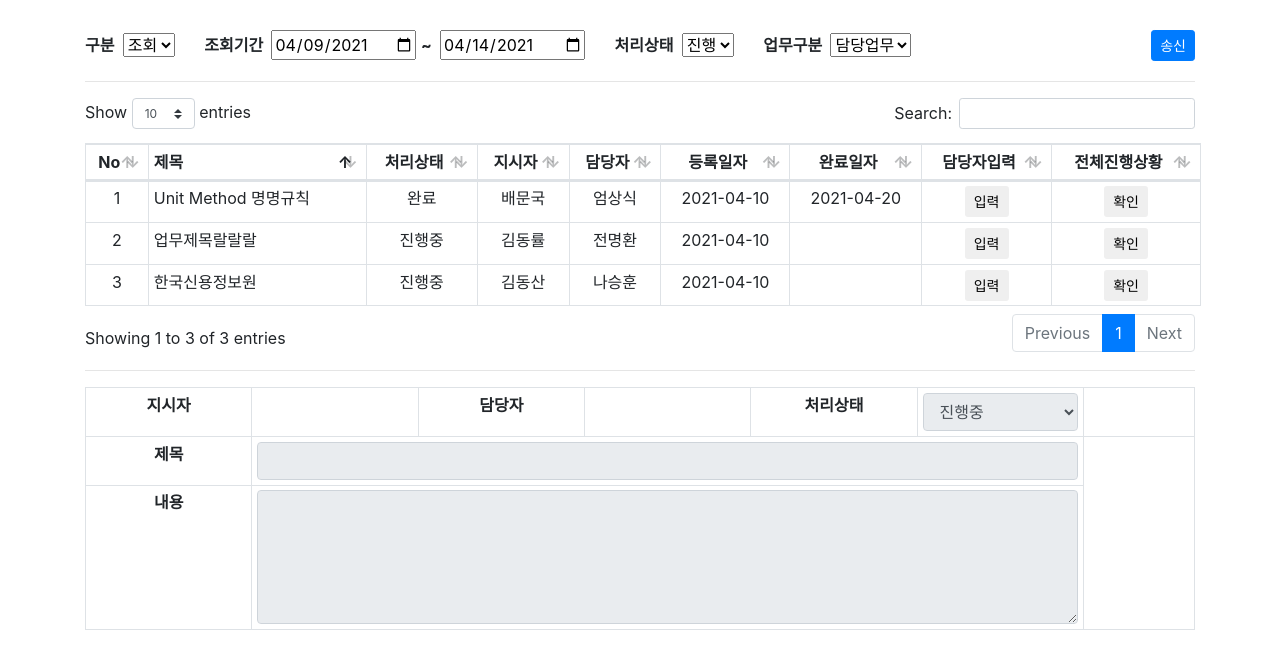
Repository: jungtaeyong/FSB_Project
Page: http://localhost/FsbJobMgt/main.jsp
These files come from the project's save history. The page is drawn as it stood at one moment and after the next save; the edit follows.
The browser window is 1280 px wide. The pictures show the whole page.
The page is served by Tomcat 9.

Above is the page before, as saved 2021-04-15 08:55:17.

### FsbJobMgt/WebContent/main.jsp
<%@ page language="java" contentType="text/html; charset=EUC-KR" pageEncoding="EUC-KR"%>
<%@ include file="/modal1_Adding.jsp" %>

<!DOCTYPE html PUBLIC "-//W3C//DTD HTML 4.01 Transitional//EN" "http://www.w3.org/TR/html4/loose.dtd">
<html>
<head>
<meta http-equiv="Content-Type" content="text/html; charset=EUC-KR">
<title>업무 관리</title>
</head>
<body>
<!-- jquery  -->
<script type="text/javascript" src="js/jquery-3.6.0.min.js"></script>

<!-- bootstrap -->
<link rel="stylesheet" type="text/css" href="lib/Bootstrap-4-4.1.1/css/bootstrap.min.css"/>
<script type="text/javascript" src="lib/Bootstrap-4-4.1.1/js/bootstrap.min.js"></script>

<!-- datatables -->
<link rel="stylesheet" type="text/css" href="lib/DataTables-1.10.24/css/dataTables.bootstrap4.min.css"/>
<script type="text/javascript" src="lib/DataTables-1.10.24/js/jquery.dataTables.min.js"></script>
<script type="text/javascript" src="lib/DataTables-1.10.24/js/dataTables.bootstrap4.min.js"></script>
<script>
$(document).ready(function() {
	/* 초기 조회 조건 세팅 */
	$('#REQUEST_TYPE').val('1'); //구분
	$('#BZWR_STS').val('01'); //처리상태
	$('#BZWR_DSTC').val('2'); //업무구분

	let befor7days= new Date();
	befor7days.setDate(befor7days.getDate()-5);
	document.getElementById('FROM_DATE').valueAsDate = befor7days; //FROM_DATE
	document.getElementById('TO_DATE').valueAsDate = new Date(); //TO_DATE

	/* 테이블 초기 로딩 */
	setTable();

	/* 송신버튼 */
	$('#action_submit').click(function(){
		let dvcd = $('#REQUEST_TYPE').val();
		if(dvcd=='1'){
			alert('조회');
			setTable();
		}else if(dvcd=='2'){
			alert('등록');
			createNewJob();
		}else if(dvcd=='3'){
			alert('변경');
			updateJob();
		}
	});

	/* 구분 변경 이벤트 처리 */
	$('#REQUEST_TYPE').change(function() {
		let dvcd = $('#REQUEST_TYPE').val();
		if(dvcd=='1'){
			$('#BZWR_EXC_CHGR_BTN').hide();
			$('#BZWR_STS_2').attr("disabled",true);
			$('#BZWR_TTL').attr("disabled",true);
			$('#BZWR_CNTN').attr("disabled",true);
		}else if(dvcd=='2'){
			$('#BZWR_INDC_CHGR').text('로그인 유저');
			$('#BZWR_EXC_CHGR').text('');
			$('#BZWR_EXC_CHGR_BTN').show();
			$('#BZWR_STS_2').attr("disabled",true);
			$('#BZWR_TTL').val("");
			$('#BZWR_CNTN').val("");
			$('#BZWR_TTL').removeAttr("disabled");
			$('#BZWR_CNTN').removeAttr("disabled");
		}else if(dvcd=='3'){
			$('#BZWR_EXC_CHGR_BTN').show();
			$('#BZWR_STS_2').removeAttr("disabled");
			$('#BZWR_TTL').removeAttr("disabled");
			$('#BZWR_CNTN').removeAttr("disabled");
			alert('변경할 데이터를 선택해주세요.');
		}
	});

} );

/* 테이블 데이터 로딩 및 기능 세팅 */
function setTable(){
	/* 테이블 데이터 로딩 */
	let jobList = $('#job_list').DataTable( {
        ajax : {
        	url : 'lib/testJson2.json',
        	data : {
        		REQUEST_TYPE:$('#REQUEST_TYPE').val(),
        		FROM_DATE:$('#FROM_DATE').val(),
        		TO_DATE:$('#TO_DATE').val(),
        		BZWR_STS:$('#BZWR_STS').val(),
        		BZWR_DSTC:$('#BZWR_DSTC').val()
        	}
        },
        columns : [
			{data: null },
			{data: "BZWR_TTL" },
            {data: "BZWR_STS", render : function ( data, type, row, meta ) {
            	if(data=="01"){
            		return '진행중';
            	}else if(data=="02"){
            		return '완료';
            	}
            }},
            {data: "BZWR_INDC_CHGR_TXT" },
            {data: "BZWR_EXC_CHGR_TXT" },
            {data: "BZWR_REG_DT" },
            {data: "BZWR_CMPL_DT" },
            {data: null , render : function ( data, type, row, meta ) {
                return '<button name="first_btn" class="btn btn-sm btn-default">입력</button>'
            }},
            {data: null , render : function ( data, type, row, meta ) {
                return '<button name="second_btn" class="btn btn-sm btn-default">확인</button>'
            }}
        ],
        columnDefs: [{ className: 'text-center', targets: [0,2,3,4,5,6,7,8] }],
        order: [[ 1, 'asc' ]]
    } );

	/* 테이블 Index 생성을 위한 함수 */
	jobList.on( 'order.dt search.dt', function () {
		jobList.column(0, {search:'applied', order:'applied'}).nodes().each( function (cell, i) {
            cell.innerHTML = i+1;
        } );
    } ).draw();

	/* 테이블 클릭 이벤트  -> 클릭한 row에 해당하는 데이터를 상세 정보에 보여줌*/
	$('#job_list tbody').on('click', 'td:nth-child(-n+7)', function () {
		let data = jobList.row( this ).data();
        console.log('Table Click Event',data);

		if($('#REQUEST_TYPE').val()!='2'){ //"구분-등록" 상태면 반응 없음.
	        $('#BZWR_INDC_CHGR').text(data.BZWR_INDC_CHGR_TXT); //지시자
	        $('#BZWR_EXC_CHGR').text(data.BZWR_EXC_CHGR_TXT); //담당자
	        $('#BZWR_STS_2').val(data.BZWR_STS); //처리상태(업무상태)
	        $('#BZWR_TTL').val(data.BZWR_TTL); //제목
	        $('#BZWR_CNTN').val(data.BZWR_CNTN); //내용
	        if($('#REQUEST_TYPE').val()=='1' || data.BZWR_STS=='02'){
	        	$('#BZWR_EXC_CHGR_BTN').hide();
				$('#BZWR_STS_2').attr("disabled",true);
				$('#BZWR_TTL').attr("disabled",true);
				$('#BZWR_CNTN').attr("disabled",true);
	        }else{
	        	$('#BZWR_EXC_CHGR_BTN').show();
				$('#BZWR_STS_2').removeAttr("disabled");
				$('#BZWR_TTL').removeAttr("disabled");
				$('#BZWR_CNTN').removeAttr("disabled");
	        }
		}
    } );

	/* 선택된  row 하이라이트 */
	$('#job_list tbody').on('click', 'tr', function() {
		$('#job_list tbody > tr').css('background-color','#ffffff');
		$(this).css('background-color','#f0f5f5');
	});

	/* 테이블 버튼 이벤트(담당자입력) */
	$('#job_list tbody').on( 'click', 'button[name="first_btn"]', function () {
        let data = jobList.row( $(this).parents('tr') ).data();
		//console.log("First Button",data);
		setData(data); //모달 페이지로 데이터를 전달하기 위한 함수
		$('#exampleModal').modal();
    } );

	/* 테이블 버튼 이벤트(전체진행상황) */
	$('#job_list tbody').on( 'click', 'button[name="second_btn"]', function () {
        let data = jobList.row( $(this).parents('tr') ).data();
		//console.log("Second Button",data);
        setData(data); //모달 페이지로 데이터를 전달하기 위한 함수
		$('#exampleModalCenter').modal();
    } );
}

/* 등록 */
function createNewJob(){
	$.ajax({
		url:'',
		dataType:'application/json',
		data : {
			REQUEST_TYPE:$('#REQUEST_TYPE').val(), //구분(조회,등록,변경)
			BZWR_DSTC:$('#BZWR_DSTC').val(), //업무구분
			BZWR_INDC_CHGR:'로그인 유저', //업무지시담당자
			BZWR_EXC_CHGR:'담당자', //업무수행담당자
			BZWR_STS:'1', //업무상태 (등록 시 진행으로 세팅)
			BZWR_TTL:$('#BZWR_TTL').val(), //업무제목
			BZWR_CNTN:$('#BZWR_CNTN').val() //업무내용
		},
		success:function(data){
			alert('등록 되었습니다.');
	   }
	})
}

/* 변경 */
function updateJob(){
	$.ajax({
		url:'',
		dataType:'application/json',
		data : {
			REQUEST_TYPE:$('#REQUEST_TYPE').val(), //구분(조회,등록,변경)
			BZWR_DSTC:$('#BZWR_DSTC').val(), //업무구분
			BZWR_EXC_CHGR:'담당자', //업무수행담당자
			BZWR_STS:$('#BZWR_STS_2').val(), //업무상태
			BZWR_TTL:$('#BZWR_TTL').val(), //업무제목
			BZWR_CNTN:$('#BZWR_CNTN').val() //업무내용
		},
		success:function(data){
			alert('변경 되었습니다.');
	   }
	})
}

</script>
<div class="container" style="margin-top:30px">
	<!-- 조회 조건 -->
	<div>
		<div>
			<label style="font-weight:bold;">구분&nbsp;</label>
			<select id="REQUEST_TYPE" style="margin-right:25px">
			    <option value="1">조회</option>
			    <option value="2">등록</option>
			    <option value="3">변경</option>
			</select>
			<label style="font-weight:bold">조회기간&nbsp;</label>
			<input type="date" id="FROM_DATE" style="width:145px" value=""/>
			<label style="font-weight:bold">~&nbsp;</label>
			<input type="date" id="TO_DATE" value=""  style="margin-right:25px;width:145px"/>
			<label style="font-weight:bold;">처리상태&nbsp;</label>
			<select id="BZWR_STS" style="margin-right:25px">
			    <option value="01">진행</option>
			    <option value="02">완료</option>
			    <option value="03">전체</option>
			</select>
			<label style="font-weight:bold;">업무구분&nbsp;</label>
			<select id="BZWR_DSTC">
			    <option value="1">지시업무</option>
			    <option value="2">담당업무</option>
			</select>
			<input type='button' id="action_submit" class="btn btn-sm btn-primary" style="float:right" value='송신'/>
		</div>
	</div>
	<hr/>
	<!-- 목록 -->
	<div>
		<table id="job_list" class="table table-sm table-bordered">
	        <thead>
	            <tr>
	            	<th>No</th>
	                <th>제목</th>
	                <th>처리상태</th>
	                <th>지시자</th>
	                <th>담당자</th>
	                <th>등록일자</th>
	                <th>완료일자</th>
	                <th>담당자입력</th>
	                <th>전체진행상황</th>
	            </tr>
	        </thead>
	    </table>
	</div>
	<hr/>
	<!-- 상세 -->
	<div>
		<table class="table table-sm table-bordered display" style="text-align:center">
			<tr>
				<th width="15%">지시자</th>
				<td id="BZWR_INDC_CHGR" width="15%"></td>
				<th width="15%">담당자</th>
				<td width="15%">
					<span id="BZWR_EXC_CHGR"></span>
					<button id="BZWR_EXC_CHGR_BTN" class="btn btn-sm btn-info" style="display:none">선택</button>
				</td>
				<th width="15%">처리상태</th>
				<td width="15%">
					<select id="BZWR_STS_2" class="form-control input-sm" disabled>
					    <option value="01">진행중</option>
					    <option value="02">완료</option>
					</select>
				</td>
				<td></td>
			</tr>
			<tr>
				<th>제목</th><td colspan="5"><input type="text" id="BZWR_TTL" class="form-control input-sm" disabled/></td>
			</tr>
			<tr>
				<th>내용</th><td colspan="5"><textarea ID="BZWR_CNTN" class="form-control input-sm" rows="5" disabled></textarea></td>
			</tr>
		</table>
	</div>
</div>
</body>
</html>

### FsbJobMgt/WebContent/modal1_Adding.jsp
<%@ page language="java" contentType="text/html; charset=EUC-KR"
    pageEncoding="EUC-KR"%>
<!DOCTYPE html>

<html lang="en">
  <head>
    <!-- Required meta tags -->
    <meta charset="utf-8">
    <meta name="viewport" content="width=device-width, initial-scale=1, shrink-to-fit=no">

	<!-- jquery  -->
	<script type="text/javascript" src="js/jquery-3.6.0.min.js"></script>

	<!-- bootstrap -->
	<link rel="stylesheet" type="text/css" href="lib/Bootstrap-4-4.1.1/css/bootstrap.min.css"/>
	<script type="text/javascript" src="lib/Bootstrap-4-4.1.1/js/bootstrap.min.js"></script>




<!--     드롭다운 style -->
    <style>
	.dropbtn {
	  background-color: #4CAF50;
	  color: white;
	  padding: 16px;
	  font-size: 16px;
	  border: none;
	}

	.dropdown {
	  position: relative;
	  display: inline-block;
	}

	.dropdown-content {
	  display: none;
	  position: absolute;
	  background-color: #f1f1f1;
	  min-width: 160px;
	  box-shadow: 0px 8px 16px 0px rgba(0,0,0,0.2);
	  z-index: 1;
	}

	.dropdown-content a {
	  color: black;
	  padding: 12px 16px;
	  text-decoration: none;
	  display: block;
	}

	.dropdown-content a:hover {background-color: #ddd;}

	.dropdown:hover .dropdown-content {display: block;}

	.dropdown:hover .dropbtn {background-color: #3e8e41;}
	</style>

  </head>
  <script>
	function setData(data){
		let dataObjFromMain; //dataObjFromMain.JOB_CD 처럼 접근해서 사용.
		dataObjFromMain=data;
		console.log('dataObjFromMain',dataObjFromMain); //확인용

		/* 여기에 DB에 데이터 요청하고 받아오고 view에 적용하는 로직 작성 */
	}
  </script>
  <body>
    <!--
    <h1>In Page</h1>
	<button type="button" class="btn btn-primary" data-toggle="modal" data-target="#exampleModal" data-whatever="@mdo">담당자 추가</button>
	-->


	<!-- 	### 담당자 추가 -->
	<div class="modal fade" id="exampleModal" tabindex="-1" role="dialog" aria-labelledby="exampleModalLabel" aria-hidden="true">
	  <div class="modal-dialog" role="document">
	    <div class="modal-content">
	      <div class="modal-header">
	        <h5 class="modal-title" id="exampleModalLabel">담당자 추가</h5>
	        <button type="button" class="close" data-dismiss="modal" aria-label="Close">
	          <span aria-hidden="true">&times;</span>
	        </button>
	      </div>

	      <div class="modal-body">
		    <b>최초 지시자&emsp;</b> <em>OOO</em>
		    &emsp;&emsp;&emsp;&emsp;&emsp;
		    <b>현재 담당자&emsp;</b> <em>OOO</em>

	     	<br/><br/>

			<table>
				<tr><!--행(row)선언-->
	                <th><b>추가 담당자</b></th>


	                	<!-- <input type="text" name = "UserID" value="" placeholder = "담당자 입력" style="width:100px; right:30%;"/> -->
	                	<!-- <input type="text" class="form-control" id="recipient-name" style="width:100px; padding-left:10px"> -->
	                	<td>
	                	&emsp;
	                		<select name="solar_birth_yn" id="solar_birth_yn">
		                		<option value="none">부 서</option>
		 				       	<option value="1">IT</option>
					       	 	<option value="2">일반본부</option>
					   		</select>
					   	&emsp;
					   		<select name="solar_birth_yn" id="solar_birth_yn">
		                		<option value="none">팀</option>
		 				       	<option value="1">계정운영팀</option>
					       	 	<option value="2">계정개발팀</option>
					   		</select>
					   	&emsp;
					   		<select name="solar_birth_yn" id="solar_birth_yn">
		                		<option value="none">사원</option>
		 				       	<option value="1">홍길동</option>
					       	 	<option value="2">김동율</option>
					   		</select>
					    </td>

	                <!-- <th rowspan="2"><input type="submit" value="로그인"/></th> -->
        	    </tr>
			</table>


			<hr>

	        <form>
	          <div class="form-group">
	            <label for="recipient-name" class="col-form-label">제 목</label>
	            <input type="text" class="form-control" id="recipient-name">
	          </div>
	          <div class="form-group">
	            <label for="message-text" class="col-form-label">내 용</label>
	            <textarea class="form-control" id="message-text" style="height:100px"></textarea>
	          </div>
	        </form>
	      </div>

	      <div class="modal-footer">
	        <button type="button" class="btn btn-secondary" data-dismiss="modal">닫기</button>
	        <button type="button" class="btn btn-primary">등록</button>
	      </div>
	    </div>
	  </div>
	</div>

	<!-- 	### 지시현황 체크 -->
		<!-- Button trigger modal -->
	<!--
	<button type="button" class="btn btn-primary" data-toggle="modal" data-target="#exampleModalCenter">
	  지시현황
	</button>
	-->

	<!-- Modal -->
	<div class="modal fade" id="exampleModalCenter" tabindex="-1" role="dialog" aria-labelledby="exampleModalCenterTitle" aria-hidden="true">
	  <div class="modal-dialog modal-dialog-centered" role="document">
	    <div class="modal-content">
	      <div class="modal-header">
	        <h5 class="modal-title" id="exampleModalCenterTitle">지시현황</h5>
	        <button type="button" class="close" data-dismiss="modal" aria-label="Close">
	          <span aria-hidden="true">&times;</span>
	        </button>
	      </div>

	      <div class="modal-body">
		     <table class="table">
				 <thead>
				   <tr>
				      <th>지시자</th>
				      <th>담당자</th>
				      <th>처리 상태</th>
   				      <th>지시 일자</th>
				   </tr>
				 </thead>
				 <tbody>
				   <tr>
				      <td>John</td>
				      <td>Doe</td>
				      <td>진행중</td>
				      <td>2021.03.01</td>
				   </tr>
				   <tr>
				      <td>Doe</td>
				      <td>Moe</td>
				      <td>진행중</td>
   				      <td>2021.04.02</td>
				   </tr>
				   <tr>
				      <td>Moe</td>
				      <td>Ryul</td>
				      <td>완료</td>
				      <td>2021.04.10</td>
				   </tr>
				 </tbody>
			</table>
	      </div>

	      <div class="modal-footer">
	        <button type="button" class="btn btn-secondary" data-dismiss="modal">닫기</button>
	      </div>
	    </div>
	  </div>
</div>




 </body>
</html>

### FsbJobMgt/WebContent/lib/testJson2.json
{
  "data": [
    {
      "BZWR_DSTC": "1",
      "JOB_CD": "20210410123456",
      "SQNO": "1",
      "BZWR_STS": "01",
      "BZWR_REG_DT": "2021-04-10",
      "BZWR_CMPL_DT": "",
      "BZWR_INDC_CHGR": "221001",
      "BZWR_INDC_CHGR_TXT": "김동률",
      "BZWR_EXC_CHGR":"221002",
      "BZWR_EXC_CHGR_TXT":"전명환",
      "BZWR_TTL":"업무제목랄랄랄",
      "BZWR_CNTN":"업무내용호롤롤롤"
    },
    {
      "BZWR_DSTC": "1",
      "JOB_CD": "20210410153215",
      "SQNO": "2",
      "BZWR_STS": "01",
      "BZWR_REG_DT": "2021-04-10",
      "BZWR_CMPL_DT": "",
      "BZWR_INDC_CHGR": "221001",
      "BZWR_INDC_CHGR_TXT": "김동산",
      "BZWR_EXC_CHGR":"221002",
      "BZWR_EXC_CHGR_TXT":"나승훈",
      "BZWR_TTL":"한국신용정보원",
      "BZWR_CNTN":"일반신용정보관리규약 실무 해설"
    },
    {
      "BZWR_DSTC": "1",
      "JOB_CD": "20210410095031",
      "SQNO": "3",
      "BZWR_STS": "02",
      "BZWR_REG_DT": "2021-04-10",
      "BZWR_CMPL_DT": "2021-04-20",
      "BZWR_INDC_CHGR": "221001",
      "BZWR_INDC_CHGR_TXT": "배문국",
      "BZWR_EXC_CHGR":"221002",
      "BZWR_EXC_CHGR_TXT":"엄상식",
      "BZWR_TTL":"Unit Method 명명규칙",
      "BZWR_CNTN":"피대문자 어플리케이션코드 세자리 대문자 업무구분코드"
    }
 ]
}

Loaded but not shown: FsbJobMgt/WebContent/js/jquery-3.6.0.min.js (library); FsbJobMgt/WebContent/lib/Bootstrap-4-4.1.1/css/bootstrap.min.css (library); FsbJobMgt/WebContent/lib/Bootstrap-4-4.1.1/js/bootstrap.min.js (library); FsbJobMgt/WebContent/lib/DataTables-1.10.24/css/dataTables.bootstrap4.min.css (library); FsbJobMgt/WebContent/lib/DataTables-1.10.24/js/jquery.dataTables.min.js (library); FsbJobMgt/WebContent/lib/DataTables-1.10.24/js/dataTables.bootstrap4.min.js (library)

After the next save:
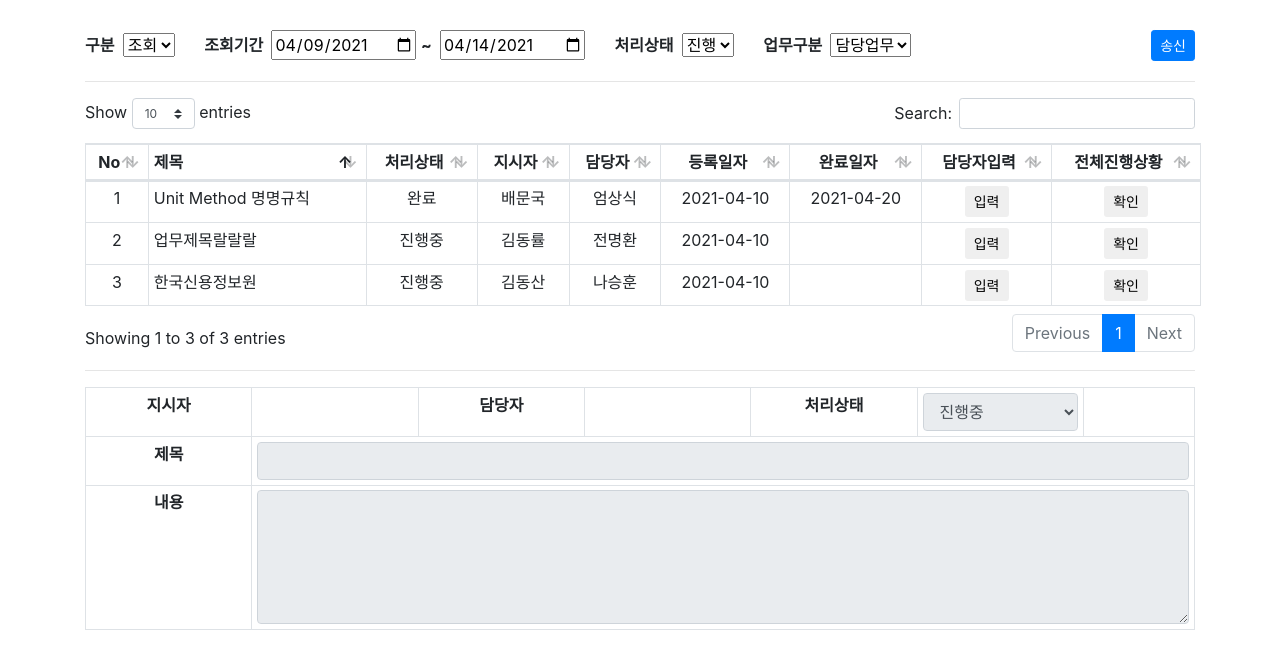
Saved 16 s later.
--- a/FsbJobMgt/WebContent/main.jsp
+++ b/FsbJobMgt/WebContent/main.jsp
@@ -280,10 +280,10 @@ function updateJob(){
 				<td></td>
 			</tr>
 			<tr>
-				<th>제목</th><td colspan="5"><input type="text" id="BZWR_TTL" class="form-control input-sm" disabled/></td>
+				<th>제목</th><td colspan="6"><input type="text" id="BZWR_TTL" class="form-control input-sm" disabled/></td>
 			</tr>
 			<tr>
-				<th>내용</th><td colspan="5"><textarea ID="BZWR_CNTN" class="form-control input-sm" rows="5" disabled></textarea></td>
+				<th>내용</th><td colspan="6"><textarea ID="BZWR_CNTN" class="form-control input-sm" rows="5" disabled></textarea></td>
 			</tr>
 		</table>
 	</div>
